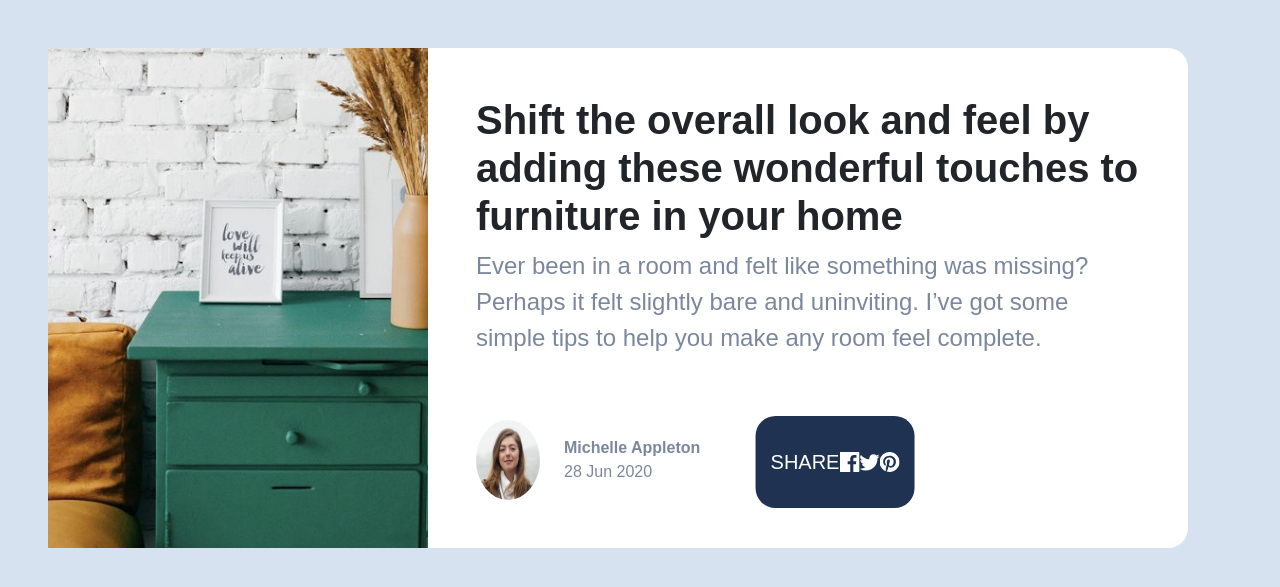
Repository: blordeus/article-preview-component
Page: index.html
These files come from the project's save history. The page is drawn as it stood at one moment and after the next save; the edit follows.
The browser window is 1280 px wide. The pictures show the whole page.

Above is the page before, as saved 2024-05-17 17:28:15.

### index.html
<!DOCTYPE html>
<html lang="en">
<head>
  <meta charset="UTF-8">
  <meta name="viewport" content="width=device-width, initial-scale=1.0"> <!-- displays site properly based on user's device -->

  <link rel="icon" type="image/png" sizes="32x32" href="./images/favicon-32x32.png">
  <link href="https://cdn.jsdelivr.net/npm/bootstrap@5.3.3/dist/css/bootstrap.min.css" rel="stylesheet" integrity="sha384-QWTKZyjpPEjISv5WaRU9OFeRpok6YctnYmDr5pNlyT2bRjXh0JMhjY6hW+ALEwIH" crossorigin="anonymous">
  <script src defer="https://cdn.jsdelivr.net/npm/bootstrap@5.3.3/dist/js/bootstrap.bundle.min.js" integrity="sha384-YvpcrYf0tY3lHB60NNkmXc5s9fDVZLESaAA55NDzOxhy9GkcIdslK1eN7N6jIeHz" crossorigin="anonymous"></script>
  <script src defer="./socials.js"></script>
  <link rel="stylesheet" href="style.css">
  <title>Frontend Mentor | Article preview component</title>

</head>
<body class="container m-5">

  <main class="bg-color row">

    <section id="section-1" class="col-4">
    </section>

    <section class="col my-auto p-5">
      <h1 class="text-color fw-bold fs-1">Shift the overall look and feel by adding these wonderful touches to furniture in your home</h1>

      <p class="fs-4">
        Ever been in a room and felt like something was missing? Perhaps
        it felt slightly bare and uninviting. I’ve got some simple tips
        to help you make any room feel complete.
      </p>
      <div class="row pt-5">
        <div class="col d-flex">
          <img id="avatar" src="./images/avatar-michelle.jpg" alt="michelle">
            <div class="ms-4 vstack my-auto mt-3">
              <p class="fw-bold font-black fs-6">Michelle Appleton <br> <span class="fw-normal">28 Jun 2020</span></p>
            </div>
          </div>
          <div class="col my-auto">
            <div class="position-relative">
              <div class="d-flex justify-content-evenly align-items-center popup position-absolute top-0 start-0">
                <p class="popup-text mt-3">SHARE</p>
                  <img id="facebook" src="./images/icon-facebook.svg" alt="facebook">
                  <img id="twitter" src="./images/icon-twitter.svg" alt="twitter">
                  <img id="pinterest" src="./images/icon-pinterest.svg" alt="pinterest">
              </div>
            </div>
            <a href="#"><span class="share-background"><img id="share" src="./images/icon-share.svg" alt="share"></span></a>
          </div>
        </div>
      </div>
    </section>

  </main>
  <div class="attribution d-none">
    Challenge by <a href="https://www.frontendmentor.io?ref=challenge" target="_blank">Frontend Mentor</a>.
    Coded by <a href="#">Bryan Lordeus</a>.
  </div>
</body>
</html>

### style.css
/* root */
:root {
    --white: hsl(0, 0%, 100%);
    --light-gray: hsl(212, 45%, 89%);
    --grayish-blue: hsl(220, 15%, 55%);
    --dark-blue: hsl(218, 44%, 22%);
}

/* import Manrope font */
@import url('https://fonts.googleapis.com/css2?family=Manrope:wght@500;700&display=swap');

* {
    font-family: 'Manrope', sans-serif;
}


body {
    background-color: var(--light-gray);
}

main {
    background-color: var(--white);
    border-radius: 20px;

}

p {
    font-size: 13px;
    color: var(--grayish-blue);
}

#section-1 {
    background-image: url(./images/drawers.jpg);
    background-repeat: no-repeat;
    background-size: cover;
}

#avatar {
    /* make round */
    border-radius: 50%;
    /* make image smaller */
    width: 20%;
}

#share {
    width: 7%;
    position: static;
    margin-bottom: 2%;
}

.share-background {
    /* add light gray circle as background to icon */
    background-color: var(--light-gray);
    border-radius: 50%;
    padding: 10px;
    /* center icon */
    margin-left: 15px;
    margin-right: 15px;
    z-index: -2;
}

.popup {
    background-color: var(--dark-blue);
    border-radius: 20px;
    padding: 15px;
    position: absolute;
    top: 50%;
    left: 50%;
    transform: translate(-50%, -50%);
    z-index: 1;
    margin-left: 15px;
    margin-right: 15px;
    margin-top: 15px;
    margin-bottom: 15px;
}

.popup-text {
    color: var(--white);
    font-size: 20px;
}

After the next save:
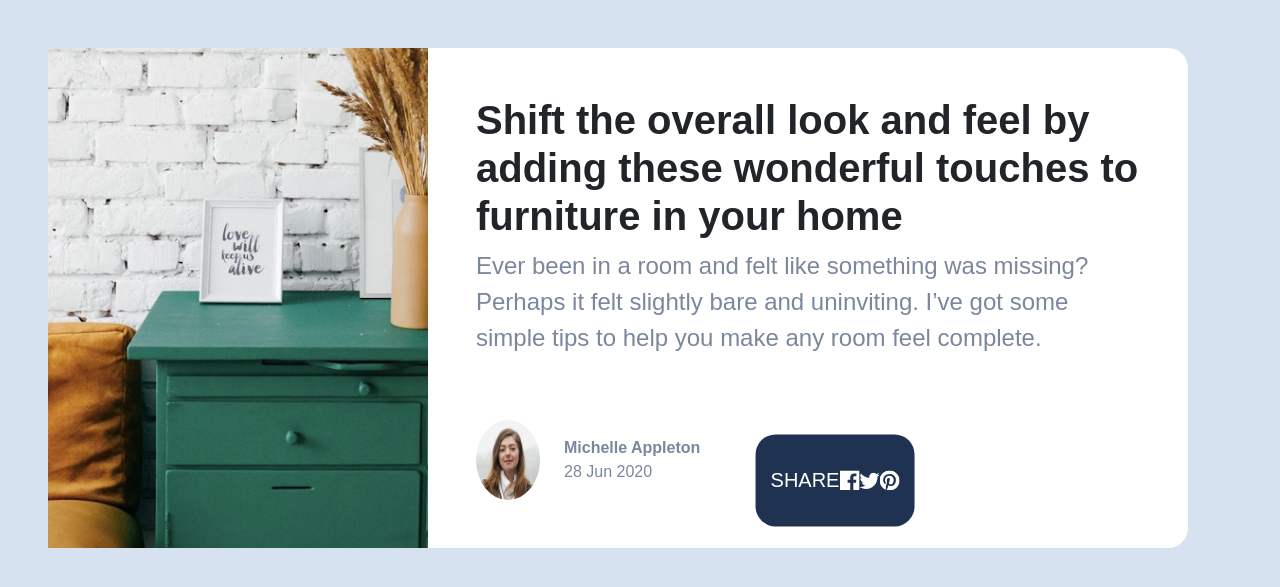
Saved 8 s later.
--- a/style.css
+++ b/style.css
@@ -66,7 +66,7 @@
     position: absolute;
     top: 50%;
     left: 50%;
-    transform: translate(-50%, -50%);
+    transform: translate(-50%, -30%);
     z-index: 1;
     margin-left: 15px;
     margin-right: 15px;
